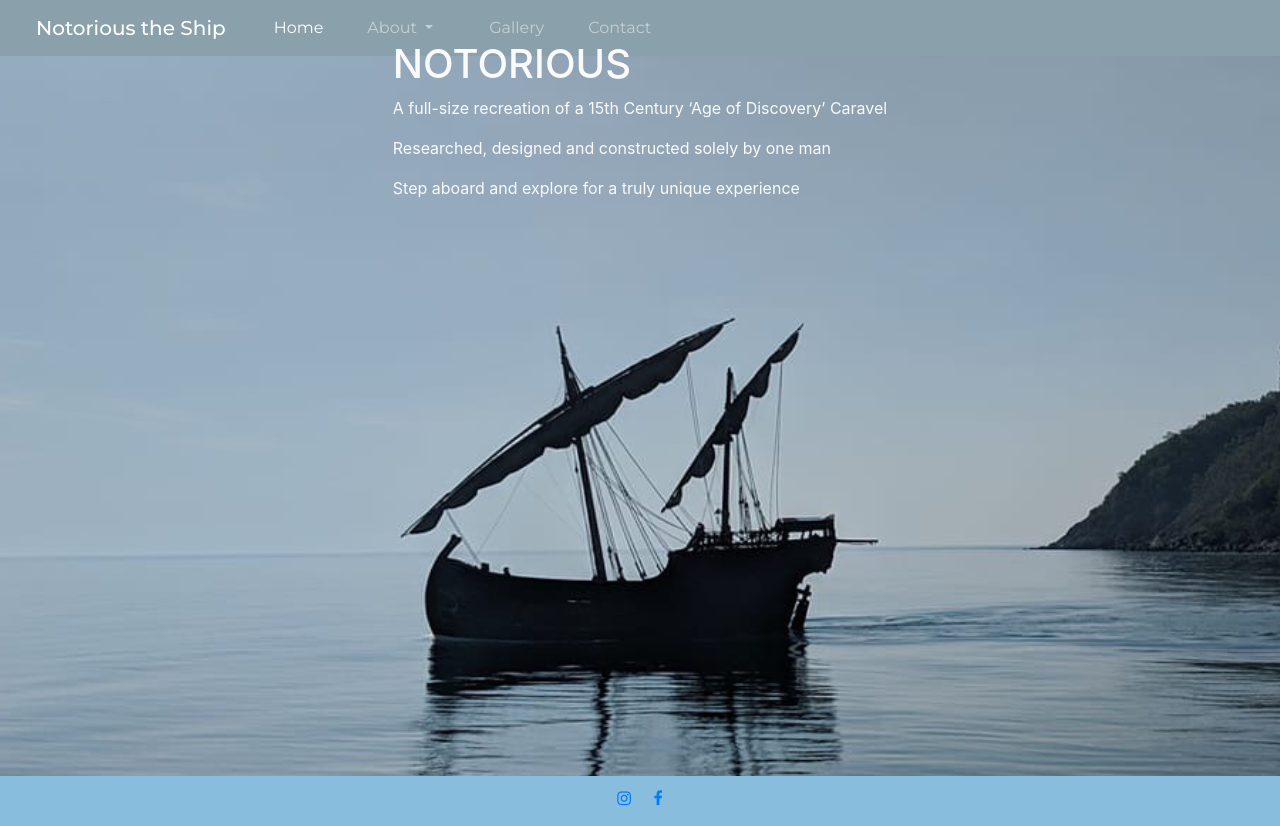
Repository: TSRose/NotorioustheShip
Page: index.html
The author's editor kept a record of every edit. The page is drawn from the files as they stood at one moment, then again after the next edit.
The browser window is 1280 px wide. The pictures show the whole page.
Backgrounds fixed to the window are drawn as part of the page.

Above is the page before.

After the next edit:
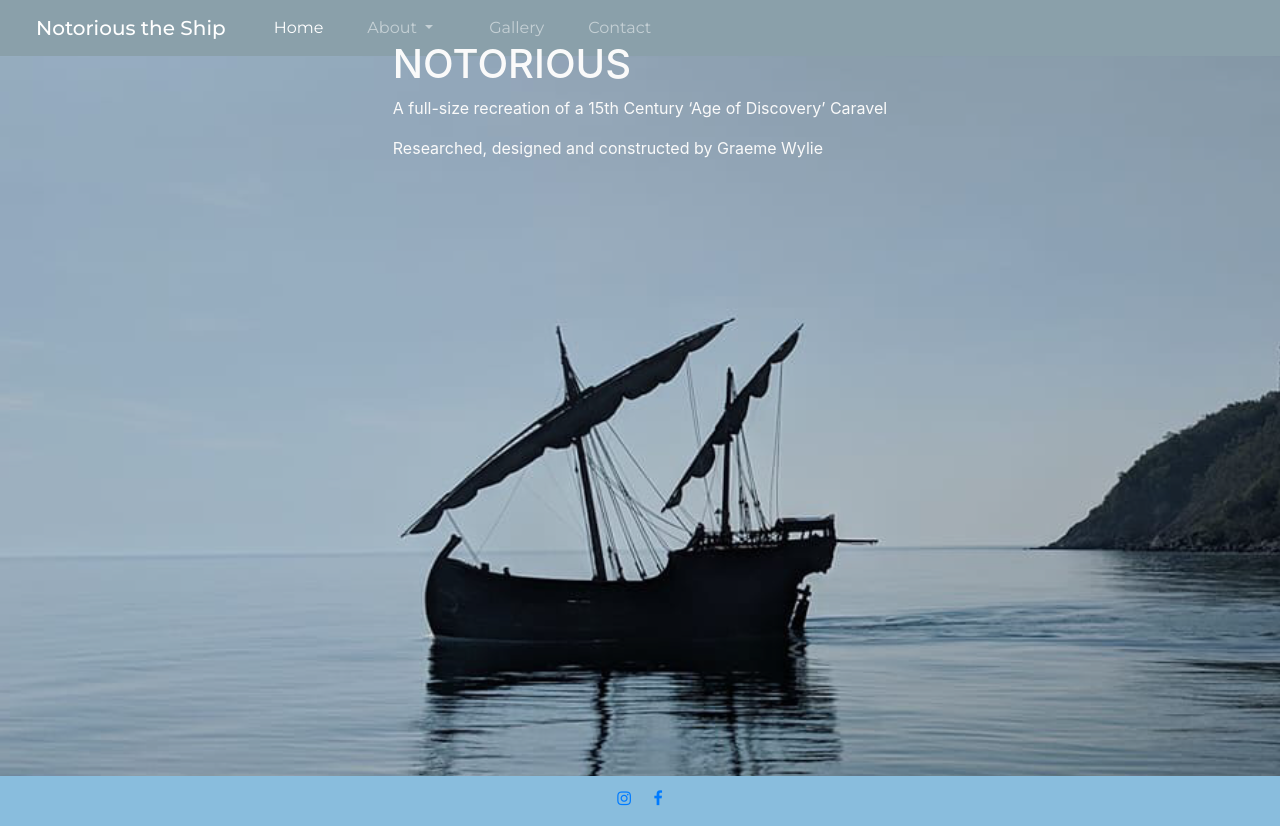
The edit:
--- a/index.html
+++ b/index.html
@@ -43,8 +43,7 @@
                     <div class="jumbotron-landing jumbotron">
                         <h1 class="text-uppercase jumbotron-heading">notorious</h1>
                         <p class="landing-subheading">A full-size recreation of a 15th Century ‘Age of Discovery’ Caravel</p>
-                        <p class="landing-subheading">Researched, designed and constructed solely by one man </p>
-                        <p class="landing-subheading">Step aboard and explore for a truly unique experience</p>
+                        <p class="landing-subheading">Researched, designed and constructed by Graeme Wylie </p>
                     </div>
                 </div>
             </div>
